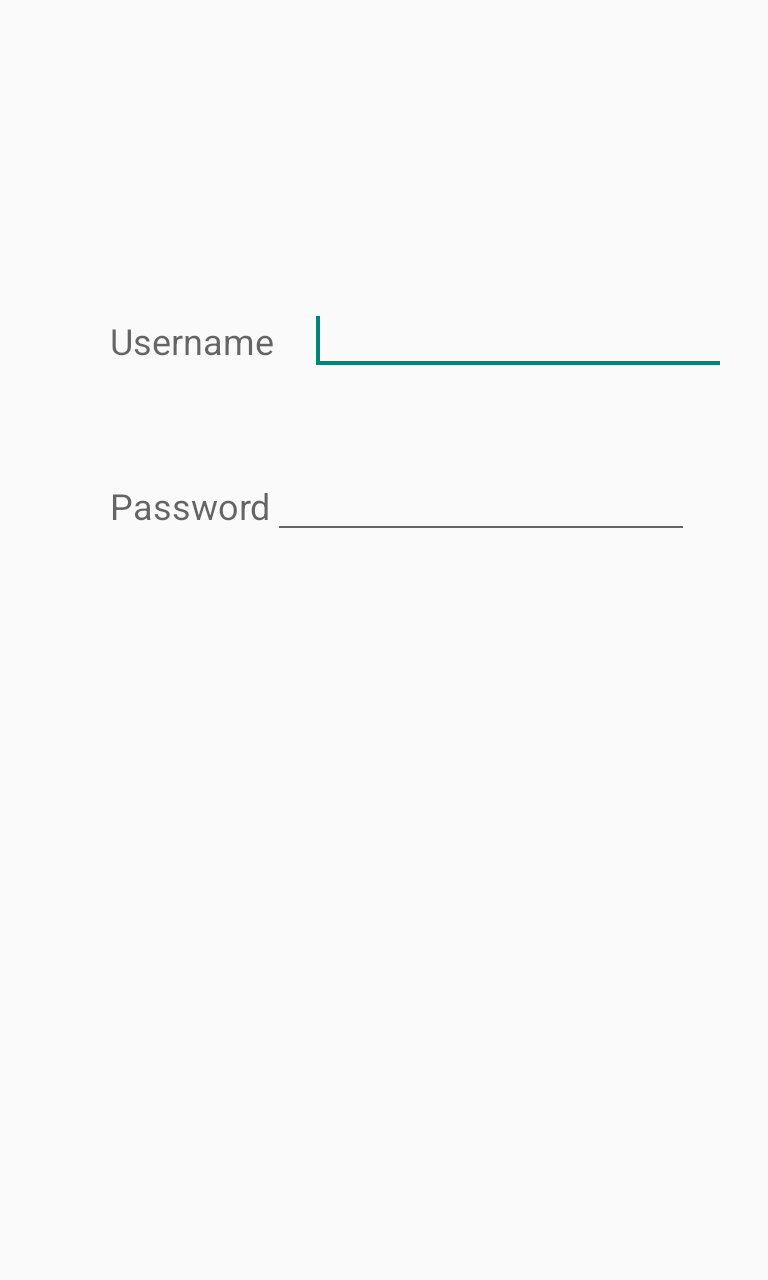
Repository: shuktika12163/ReWise
Layout: ReWise/res/layout/activity_instr_login.xml
These files come from the project's save history. The layout is drawn as it stood at one moment and after the next save; the edit follows.
It is drawn on a 768 x 1280 px phone screen (xhdpi) without system bars, with theme AppTheme; the app's code is not run.

Above is the layout before, as saved 2014-10-29 13:57:41.

After the next save:
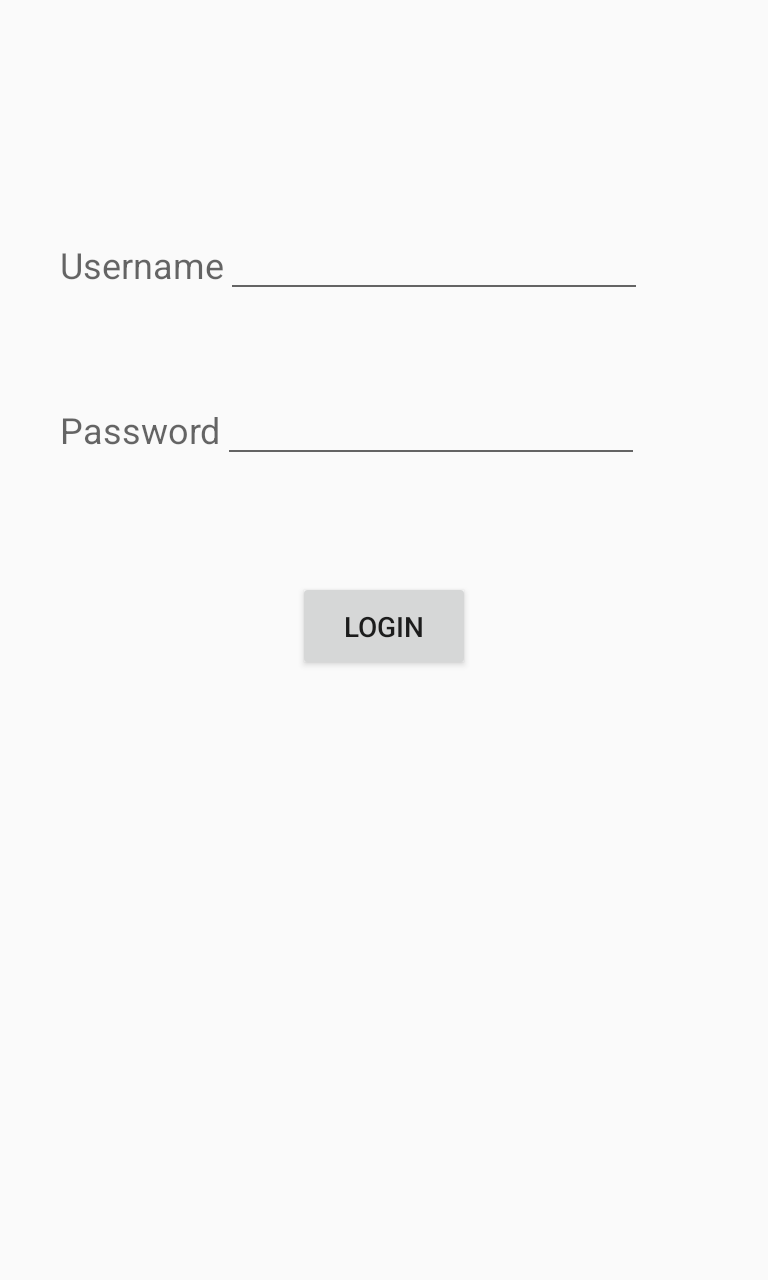
Saved 3 min 55 s later.
--- a/ReWise/res/layout/activity_instr_login.xml
+++ b/ReWise/res/layout/activity_instr_login.xml
@@ -7,17 +7,6 @@
     android:paddingRight="@dimen/activity_horizontal_margin"
     android:paddingTop="@dimen/activity_vertical_margin"
     tools:context="com.example.rewise.InstrLoginActivity" >
-
-    <TextView
-        android:id="@+id/textView1"
-        android:layout_width="wrap_content"
-        android:layout_height="wrap_content"
-        android:layout_alignParentLeft="true"
-        android:layout_alignParentTop="true"
-        android:layout_marginLeft="39dp"
-        android:layout_marginTop="142dp"
-        android:text="Username"
-        android:textAppearance="?android:attr/textAppearanceMedium" />
 
     <TextView
         android:id="@+id/textView2"
@@ -30,20 +19,6 @@
         android:textAppearance="?android:attr/textAppearanceMedium" />
 
     <EditText
-        android:id="@+id/et_username"
-        android:layout_width="wrap_content"
-        android:layout_height="wrap_content"
-        android:layout_alignBaseline="@+id/textView1"
-        android:layout_alignBottom="@+id/textView1"
-        android:layout_marginLeft="17dp"
-        android:layout_toRightOf="@+id/textView1"
-        android:ems="10"
-        android:inputType="textEmailAddress" >
-
-        <requestFocus />
-    </EditText>
-
-    <EditText
         android:id="@+id/et_password"
         android:layout_width="wrap_content"
         android:layout_height="wrap_content"
@@ -53,4 +28,34 @@
         android:ems="10"
         android:inputType="textPassword" />
 
+    <TextView
+        android:id="@+id/textView1"
+        android:layout_width="wrap_content"
+        android:layout_height="wrap_content"
+        android:layout_alignParentLeft="true"
+        android:layout_alignParentTop="true"
+        android:layout_marginLeft="14dp"
+        android:layout_marginTop="104dp"
+        android:text="Username"
+        android:textAppearance="?android:attr/textAppearanceMedium" />
+
+    <EditText
+        android:id="@+id/et_username"
+        android:layout_width="wrap_content"
+        android:layout_height="wrap_content"
+        android:layout_alignBaseline="@+id/textView1"
+        android:layout_alignBottom="@+id/textView1"
+        android:layout_toRightOf="@+id/textView1"
+        android:ems="10"
+        android:inputType="textEmailAddress" />
+
+    <Button
+        android:id="@+id/button1"
+        android:layout_width="wrap_content"
+        android:layout_height="wrap_content"
+        android:layout_below="@+id/et_password"
+        android:layout_centerHorizontal="true"
+        android:layout_marginTop="55dp"
+        android:text="Login" />
+
 </RelativeLayout>
